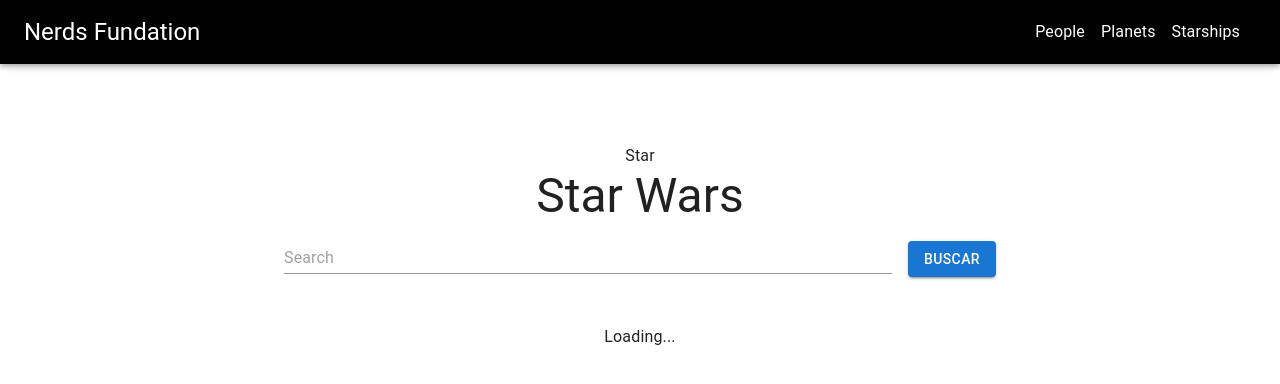
Repository: marianozamora/lisit-challenge
Page: /planets
These files come from the project's save history. The page is drawn as it stood at one moment and after the next save; the edit follows.
The browser window is 1280 px wide. The pictures show the whole page.
The page's requests for data from a server got no answer. The project was rebuilt for these pictures with package versions that can differ from the ones it lists, and the page was loaded fresh each time. Some packages were replaced by stand-ins written for this rebuild. No one was signed in, and anything a server would have sent is missing. Also part of the build but not shown: vite.config.ts, src/components/Pagination.tsx, src/components/Card.tsx, src/App.tsx, src/components/Starship.tsx, src/components/DetailPeople.tsx, src/components/DetailStarship.tsx, src/components/ErrorPage.tsx.

Above is the page before, as saved 2023-05-11 04:49:17.

### src/main.tsx
import React from 'react'
import ReactDOM from 'react-dom/client'
import App from './App.tsx'
import './index.css'
import { QueryClientProvider } from '@tanstack/react-query';
import queryClient from './queryClient';
import { ReactQueryDevtools } from '@tanstack/react-query-devtools';
import { Route, createBrowserRouter, createRoutesFromElements, RouterProvider } from 'react-router-dom';
import Header from './components/Header';
import People from './components/People';
import Planets from './components/Planets';
import Starships from './components/Starship';
import DetailPeople from './components/DetailPeople';
// import DetailPlanet from './components/DetailPlanet';
import DetailStarship from './components/DetailStarship';
import ErrorPage from './components/ErrorPage.tsx';
import { Layout } from './components/Layout';
import { redirect } from 'react-router-dom';

const router = createBrowserRouter(
  createRoutesFromElements(
    <Route path="/"
      errorElement={<ErrorPage />}
      element={<Layout />} >
      <Route index  element={<App />} />
      <Route path="planets" element={<Planets />} />
      <Route path="starships" element={<Starships />} />
      <Route path="people/:peopleId" element={<DetailPeople />} />
      {/* <Route path="planet/:planetId" element={<DetailPlanet />} /> */}
      <Route path="starships/:starshipId" element={<DetailStarship />} />
      {/* <RedirectM from="/people" to="/" /> */}
    </Route>
  )
)

ReactDOM.createRoot(document.getElementById('root') as HTMLElement).render(
  <React.StrictMode>
    <QueryClientProvider client={queryClient}>
      <RouterProvider router={router} />
      <ReactQueryDevtools initialIsOpen></ReactQueryDevtools>
    </QueryClientProvider>
  </React.StrictMode>,
)

### src/index.css
@tailwind base;
@tailwind components;
@tailwind utilities;
/*
:root {
  font-family: Inter, system-ui, Avenir, Helvetica, Arial, sans-serif;
  line-height: 1.5;
  font-weight: 400;

  color-scheme: light dark;
  color: rgba(255, 255, 255, 0.87);
  background-color: #242424;

  font-synthesis: none;
  text-rendering: optimizeLegibility;
  -webkit-font-smoothing: antialiased;
  -moz-osx-font-smoothing: grayscale;
  -webkit-text-size-adjust: 100%;
}

a {
  font-weight: 500;
  color: #646cff;
  text-decoration: inherit;
}
a:hover {
  color: #535bf2;
}

body {
  margin: 0;
  display: flex;
  place-items: center;
  min-width: 320px;
  min-height: 100vh;
}

h1 {
  font-size: 3.2em;
  line-height: 1.1;
}

button {
  border-radius: 8px;
  border: 1px solid transparent;
  padding: 0.6em 1.2em;
  font-size: 1em;
  font-weight: 500;
  font-family: inherit;
  background-color: #1a1a1a;
  cursor: pointer;
  transition: border-color 0.25s;
}
button:hover {
  border-color: #646cff;
}
button:focus,
button:focus-visible {
  outline: 4px auto -webkit-focus-ring-color;
}

@media (prefers-color-scheme: light) {
  :root {
    color: #213547;
    background-color: #ffffff;
  }
  a:hover {
    color: #747bff;
  }
  button {
    background-color: #f9f9f9;
  }
} */

### src/queryClient.ts
import { QueryClient } from '@tanstack/react-query';

const queryClient = new QueryClient();

export default queryClient;

### src/components/Planets.tsx
import ListHOC from "../ListHOC"

export default function People() {
    return (
        <div>
            <h1>Star</h1>
            <ListHOC
                url='https://swapi.dev/api/starships/'
                title='Starships'
                type='starships'
            />
        </div>
    )
}

### src/components/Layout.tsx
import { Outlet } from 'react-router-dom';
import Header from './Header';
// import Container from '../04-layouts/Container';

export const Layout = ({ children }: any) => {
    return (
        <div>
        <Header />
        <div>
                <Outlet />
                {children}
        </div>
        {/* <Footer /> */}
        </div>
    )
}

### src/hooks/useSwapi.ts
import api from '../api/swapi';
import { useQuery } from '@tanstack/react-query';

interface Params {
    page?: number;
    query?: string;
}

export async function fetchPeople({page, query}: Params ) {
    const { data } = await api.get(`people/?page=${page}&&search=${query}`);
    return data;
}

export function useFetchPeople({ page = 1, query = '' }: Params) {
    return useQuery({
        queryKey: ['people', { page, query }],
        queryFn: () => fetchPeople({ page, query }),
    })

}

export async function fetchPerson(id:any) {
    const { data } = await api.get(`people/${id}`);
    return data;
}

export function useFetchPerson(id:any) {
    return useQuery({
        queryKey: ['person', id],
        queryFn: () => fetchPerson(id),
    })
}
//Planets

export async function fetchPlanets({page, query}: Params ) {
    const { data } = await api.get(`planet/?page=${page}&&search=${query}`);
    return data;
}

export function useFetchPlanets({ page = 1, query = '' }: Params) {
    return useQuery({
        queryKey: ['planets', { page, query }],
        queryFn: () => fetchPlanets({ page, query }),
    })

}

export async function fetchPlanet(id:any) {
    const { data } = await api.get(`planet/${id}`);
    return data;
}

export function useFetchPlanet(id:any) {
    return useQuery({
        queryKey: ['planet', id],
        queryFn: () => fetchPlanet(id),
    })
}

### src/components/InputSearch.tsx
import { Button, Input } from '@mui/material';
import { useState } from 'react';

interface Props {
    onChange?: (searchTerm : string) => void;
    onSubmit?: (event: React.FormEvent<HTMLFormElement>) => void;
    searchTerm?: string;
    isLoading?: boolean;
    searchResults?: any[];
    handleChange?: (event: React.ChangeEvent<HTMLInputElement | HTMLTextAreaElement>) => void;
    handleSubmit?: (event: Event) => void;
}

interface Event {
    target: HTMLInputElement;
    preventDefault: () => void;
    onChange: (event: React.ChangeEvent<HTMLInputElement>) => void;
}

// const PartialProps = Partial<Props>;

export default function InputSearch({
    onChange,
}:Props) {
    const [searchTerm, setSearchTerm] = useState('');
    const [isLoading, setIsLoading] = useState(false);

    const handleChange = (event: any) => {
        setSearchTerm(event.target.value);
    };

    const handleSubmit = async (event:any) => {
        event.preventDefault();
        setIsLoading(true);
        if (onChange) {
            onChange(searchTerm);
        }
        setIsLoading(false);
    };
    return (
        <div>
            <Input
                type="text"
                value={searchTerm}
                onChange={(event)=>handleChange(event)}
                color='primary'
                style={{ width: '50%' }}
                size='small'
                className='mr-4'
                placeholder="Search" />
            <Button
                variant="contained"
                color="primary"
                onClick={(e)=>handleSubmit(e)}
            >Buscar</Button>
        </div>
    )
}

### src/ListHOC.tsx
import React from 'react';
import { useFetchPeople } from './hooks/useSwapi';
import './App.css';
// import { People } from './hooks/types';
import Pagination from '../src/components/Pagination';
import { Box, Typography } from '@mui/material';
import Card from './components/Card';
import InputSearch from './components/InputSearch';

interface Props {
    window?: () => Window;
}

interface People {
    count: number;
    next: string;
    previous: string;
    results: People[];
}

interface PeopleProps {
    data: People;
    isLoading: boolean;
    isError: boolean;
    currentPage: number;
    setCurrentPage: React.Dispatch<React.SetStateAction<number>>;
    query: string;
    setQuery: React.Dispatch<React.SetStateAction<string>>;
}

interface WrappedComponentProps {
    data: People;
    isLoading: boolean;
    isError: boolean;
    currentPage: number;
    setCurrentPage: React.Dispatch<React.SetStateAction<number>>;
    query: string;
    setQuery: React.Dispatch<React.SetStateAction<string>>;
}

// Higher-Order Component for fetching people data
const withFetchPeople = (WrappedComponent: any) => {
    return (props: PeopleProps) => {
        const [currentPage, setCurrentPage] = React.useState(1);
        const [query, setQuery] = React.useState('');

        const { data, isLoading, isError } = useFetchPeople({ page: currentPage, query });

        return (
        <WrappedComponent
            {...props}
            data={data}
            isLoading={isLoading}
            isError={isError}
            currentPage={currentPage}
            setCurrentPage={setCurrentPage}
            query={query}
            setQuery={setQuery}
        />
        );
    };
};

// Modified App component with HOC
const App = ({
    data,
    isLoading,
    isError,
    currentPage,
    setCurrentPage,
    query,
    setQuery,
}: PeopleProps) => {
    return (
        <>
        <Box sx={{ display: 'flex', justifyContent: 'center', alignItems: 'center' }}>
            <Typography variant="h3" component="div" gutterBottom>
            Star Wars
            </Typography>
        </Box>
        <div>
            <InputSearch onChange={(value) => setQuery(value)} />
        </div>
        <Box>
            <div className='grid mx-auto gap-4 p-6 grid-cols-1 md:grid-cols-3'>
            {data?.results.map((person: People, index: number) => (
                <Card data={person} key={index} />
            ))}
            </div>
            {isLoading && <div>Loading...</div>}
            {isError && <div>Error...</div>}
            {data && data.count === 0 && <div>No results found</div>}

            {data && data.count > 0 && (
            <Pagination
                onPageChange={(event: any, value: React.SetStateAction<number>) => {
                setCurrentPage(value);
                }}
                count={data?.count}
                elementsPerPage={10}
                currentPage={currentPage}
            />
            )}
        </Box>
        </>
    );
};

export default withFetchPeople(App);

### src/components/Header.tsx
import * as React from 'react';
import { AppBar, Toolbar, IconButton, Typography, Box, CssBaseline} from '@mui/material';
import { Drawer, List, ListItem, ListItemButton, ListItemText, Divider, Button } from '@mui/material';
import MenuIcon from '@mui/icons-material/Menu';
import { Link } from 'react-router-dom';
import { useNavigate } from "react-router-dom";

interface Props {
    /**
     * Injected by the documentation to work in an iframe.
     * You won't need it on your project.
     */
    window?: () => Window;
}


const drawerWidth = 240;
const navItems = ['People', 'Planets', 'Starships'];

export default function Header(props: Props) {
    const navigate = useNavigate();
    const { window } = props;
    const [mobileOpen, setMobileOpen] = React.useState(false);

    const handleDrawerToggle = () => {
        setMobileOpen((prevState) => !prevState);
    };

    const generateLink = (item: string) => {
        const lowered = item.toLowerCase();
        if (lowered === 'people')
            return '/';
        return `/${lowered}`;
    };

    const drawer = (
        <Box onClick={handleDrawerToggle} sx={{ textAlign: 'center' }}>
        <Link to="/">
        <Typography variant="h6" sx={{ my: 2 }}>
        Nerds Fundation
        </Typography>
        </Link>
        <Divider />
        <List>
                {navItems.map((item) => (
                        <ListItem key={item}  disablePadding>
                            <ListItemButton
                                onClick={
                                () => {
                                        return generateLink(item)
                                    }
                                }
                                sx={{ textAlign: 'center' }}>
                        <ListItemText primary={item} />
                        </ListItemButton>
                        </ListItem>
            ))}
        </List>
        </Box>
    );

    const container = window !== undefined ? () => window().document.body : undefined;

    return (
            <Box sx={{ display: 'flex' }}>
            <CssBaseline />
            <AppBar component="nav">
            <Toolbar className="bg-black flex justify-between">
                <IconButton
                color="inherit"
                aria-label="open drawer"
                edge="start"
                onClick={handleDrawerToggle}
                sx={{ mr: 2, display: { sm: 'none' } }}
                >
                <MenuIcon />
                    </IconButton>
                    <Link to="/">
                <Typography
                variant="h5"
                component="div"
                className="text-white "
                sx={{ display: { xs: 'none', sm: 'block' } }}
                >
                Nerds Fundation
                        </Typography>
                    </Link>
                <Box sx={{ display: { xs: 'none', sm: 'block' } }}>
                {navItems.map((item) => (
                    <Link to={generateLink(item)} className="text-white mr-4" key={item}>
                    {item}
                    </Link>
                ))}
                </Box>
            </Toolbar>
            </AppBar>
            <Box component="nav">
                <Drawer
                container={container}
                variant="temporary"
                open={mobileOpen}
                onClose={handleDrawerToggle}
                ModalProps={{
                keepMounted: true, // Better open performance on mobile.
                }}
                sx={{
                display: { xs: 'block', sm: 'none' },
                '& .MuiDrawer-paper': { boxSizing: 'border-box', width: drawerWidth },
                }}
            >
                {drawer}
            </Drawer>
            </Box>
            <Box component="main" sx={{ p: 3 }}>
            <Toolbar />
            </Box>
        </Box>
    )
}

### src/api/swapi.ts
import axios from 'axios';

const api = axios.create({
    baseURL: 'https://swapi.dev/api/',
});

export default api;

Loaded but not shown: index.html (common file); src/App.css (common file); tailwind.config.js (common file)

After the next save:
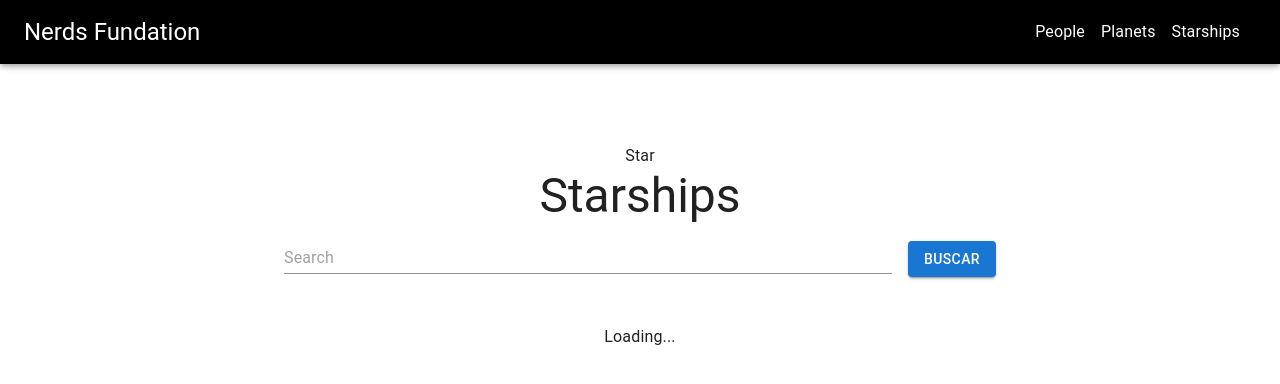
Saved 5 min 59 s later.
--- a/src/ListHOC.tsx
+++ b/src/ListHOC.tsx
@@ -69,13 +69,14 @@
     currentPage,
     setCurrentPage,
     query,
+    title,
     setQuery,
 }: PeopleProps) => {
     return (
         <>
         <Box sx={{ display: 'flex', justifyContent: 'center', alignItems: 'center' }}>
             <Typography variant="h3" component="div" gutterBottom>
-            Star Wars
+            {title}
             </Typography>
         </Box>
         <div>
